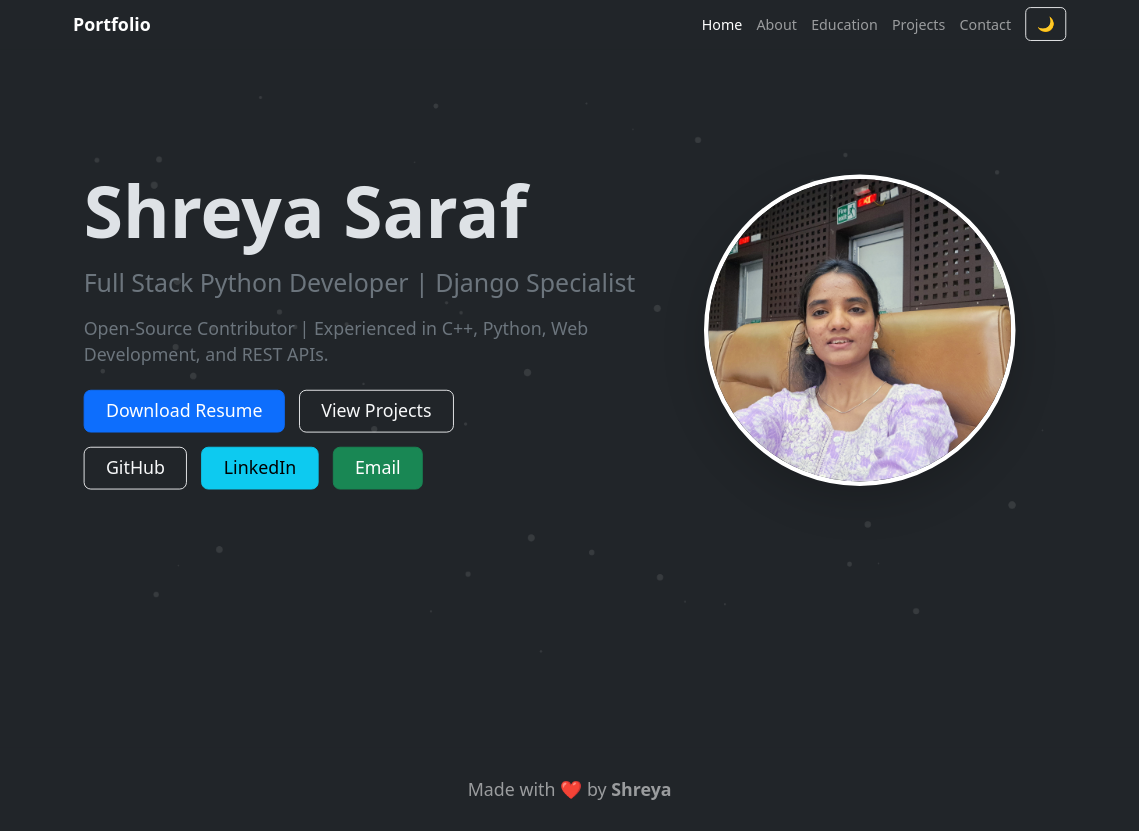
Repository: Shreyasaraf01/shreya-portfolio
Page: http://localhost/
The author's editor kept a copy of each file at every save. The page is drawn from the files as they stood at one save, then again after the next save.
The browser window is 1280 px wide. The pictures show the whole page, at 89% of full size.
The page is served by the project's application, run on Django 5.2 (manage.py). Other server files are loaded and not shown.

Above is the page before, as saved 2025-09-14 00:02:23.

### main/templates/main/index.html
{% extends "base.html" %}
{% load static %}

{% block content %}
<div class="position-relative overflow-hidden py-5" style="min-height: 90vh;">

  <!-- Animated Background -->
  <canvas id="hero-bg" class="position-absolute top-0 start-0 w-100 h-100" style="z-index:0;"></canvas>

  <div class="container position-relative" style="z-index:1;">
    <div class="row align-items-center text-center text-md-start py-5">

      <!-- Profile Info -->
      <div class="col-md-7 mb-4 mb-md-0">
        <h1 class="display-1 fw-bold mb-3" style="line-height:1.1;">
          Shreya Saraf
        </h1>
        <p class="fs-3 text-secondary mb-3">Full Stack Python Developer | Django Specialist</p>
        <p class="fs-5 text-secondary mb-4">
          Open-Source Contributor | Experienced in C++, Python, Web Development, and REST APIs.<br>
        </p>

        <!-- Call-to-action Buttons -->
        <div class="d-flex gap-3 justify-content-center justify-content-md-start mt-3">
          <a href="{% static 'files/Shreya_Saraf_Resume.pdf' %}" target="_blank" class="btn btn-primary btn-lg px-4">Download Resume</a>
          <a href="/projects/" class="btn btn-outline-light btn-lg px-4">View Projects</a>
        </div>

        <!-- Social Buttons -->
        <div class="d-flex gap-3 justify-content-center justify-content-md-start mt-3">
          <a href="https://github.com/Shreyasaraf01" target="_blank" class="btn btn-outline-light btn-lg px-4">GitHub</a>
          <a href="https://linkedin.com/in/shreya-saraf-797440257" target="_blank" class="btn btn-info btn-lg px-4">LinkedIn</a>
          <a href="mailto:shreyasaraf765@gmail.com" class="btn btn-success btn-lg px-4">Email</a>
        </div>
      </div>

      <!-- Profile Image -->
<div class="col-md-5 text-center">
  <img src="{% static 'images/profile.jpg' %}"
       alt="profile"
       class="rounded-circle shadow-lg"
       style="width:350px; height:350px; object-fit:cover; border:5px solid #fff; transition: transform 0.3s;"
       onmouseover="this.style.transform='scale(1.08)';"
       onmouseout="this.style.transform='scale(1)';">
</div>

    </div>
  </div>
</div>

<!-- Hero Background Animation Script -->
<script>
const canvas = document.getElementById('hero-bg');
const ctx = canvas.getContext('2d');
canvas.width = window.innerWidth;
canvas.height = window.innerHeight;

let circles = [];
for(let i=0;i<50;i++){
    circles.push({
        x: Math.random()*canvas.width,
        y: Math.random()*canvas.height,
        r: Math.random()*4+1,
        dx: (Math.random()-0.5)*0.5,
        dy: (Math.random()-0.5)*0.5
    });
}

function animate(){
    ctx.clearRect(0,0,canvas.width,canvas.height);
    circles.forEach(c=>{
        ctx.beginPath();
        ctx.arc(c.x,c.y,c.r,0,Math.PI*2,false);
        ctx.fillStyle = 'rgba(255,255,255,0.1)';
        ctx.fill();
        c.x += c.dx;
        c.y += c.dy;
        if(c.x<0||c.x>canvas.width) c.dx*=-1;
        if(c.y<0||c.y>canvas.height) c.dy*=-1;
    });
    requestAnimationFrame(animate);
}
animate();
</script>
{% endblock %}

### main/templates/base.html
<!DOCTYPE html>
<html lang="en" data-bs-theme="dark">
<head>
  <meta charset="UTF-8">
  <title>Portfolio</title>
  {% load static %}
  <link href="https://cdn.jsdelivr.net/npm/bootstrap@5.3.3/dist/css/bootstrap.min.css" rel="stylesheet">
  <script src="{% static 'js/theme.js' %}" defer></script>
</head>
<body>
  <!-- Navbar -->
<nav class="navbar navbar-expand-lg navbar-dark bg-dark fixed-top">
  <div class="container">
    <a class="navbar-brand fw-bold" href="/">Portfolio</a>
    <button class="navbar-toggler" type="button" data-bs-toggle="collapse" data-bs-target="#navbarNav"
            aria-controls="navbarNav" aria-expanded="false" aria-label="Toggle navigation">
      <span class="navbar-toggler-icon"></span>
    </button>
    <div class="collapse navbar-collapse" id="navbarNav">
      <ul class="navbar-nav ms-auto">
        <li class="nav-item">
          <a class="nav-link {% if request.path == '/' %}active{% endif %}" href="/">Home</a>
        </li>
        <li class="nav-item">
          <a class="nav-link {% if request.path == '/about/' %}active{% endif %}" href="/about/">About</a>
        </li>
        <li class="nav-item">
          <a class="nav-link {% if request.path == '/education/' %}active{% endif %}" href="/education/">Education</a>
        </li>
        <li class="nav-item">
          <a class="nav-link {% if request.path == '/projects/' %}active{% endif %}" href="/projects/">Projects</a>
        </li>
        <li class="nav-item">
          <a class="nav-link {% if request.path == '/contact/' %}active{% endif %}" href="/contact/">Contact</a>
        </li>
        <li class="nav-item">
          <button class="btn btn-outline-light ms-2" id="theme-toggle">🌙</button>
        </li>
      </ul>
    </div>
  </div>
</nav>


  <!-- Main Content Container -->
  <div class="container py-5 mt-5">
    {% block content %}{% endblock %}
  </div>

  <!-- Footer -->
<footer class="footer navbar navbar-dark bg-dark py-4 mt-5">
  <div class="container d-flex justify-content-center">
    <span class="navbar-text fs-5">
      Made with <span style="color:red;">❤️</span> by <strong>Shreya</strong>
    </span>
  </div>
</footer>

  <script src="https://cdn.jsdelivr.net/npm/bootstrap@5.3.3/dist/js/bootstrap.bundle.min.js"></script>
</body>
</html>

### main/views.py
from django.shortcuts import render, redirect
from django.core.mail import send_mail
from django.conf import settings
from django.contrib import messages

def index(request):
    return render(request, "main/index.html")

def about(request):
    return render(request, "main/about.html")

def education(request):
    return render(request, "main/education.html")

def projects(request):
    return render(request, "main/projects.html")

def contact(request):
    if request.method == 'POST':
        name = request.POST.get('name', '').strip()
        email = request.POST.get('email', '').strip()
        message = request.POST.get('message', '').strip()

        if name and email and message:
            full_message = f"Message from {name} ({email}):\n\n{message}"

            try:
                send_mail(
                    subject=f"New Contact Form Submission from {name}",
                    message=full_message,
                    from_email=settings.EMAIL_HOST_USER,
                    recipient_list=['shreyasaraf765@gmail.com'],
                    fail_silently=False,
                )
                messages.success(request, 'Message sent successfully!')
                return redirect('contact')  # Redirect to avoid resubmission on page refresh
            except Exception as e:
                messages.error(request, f"Error sending message: {e}")
        else:
            messages.warning(request, "Please fill in all fields.")

    return render(request, 'main/contact.html')

### shreya_portfolio/urls.py
"""
URL configuration for shreya_portfolio project.

The `urlpatterns` list routes URLs to views. For more information please see:
    https://docs.djangoproject.com/en/5.1/topics/http/urls/
Examples:
Function views
    1. Add an import:  from my_app import views
    2. Add a URL to urlpatterns:  path('', views.home, name='home')
Class-based views
    1. Add an import:  from other_app.views import Home
    2. Add a URL to urlpatterns:  path('', Home.as_view(), name='home')
Including another URLconf
    1. Import the include() function: from django.urls import include, path
    2. Add a URL to urlpatterns:  path('blog/', include('blog.urls'))
"""
from django.contrib import admin
from django.urls import path, include

urlpatterns = [
    path('admin/', admin.site.urls),
    path("", include("main.urls")),
]

### main/urls.py
from django.urls import path
from . import views

urlpatterns = [
    path("", views.index, name="home"),
    path("about/", views.about, name="about"),
    path("education/", views.education, name="education"),
    path("projects/", views.projects, name="projects"),
    path("contact/", views.contact, name="contact"),
]

### main/static/js/theme.js
document.addEventListener("DOMContentLoaded", () => {
  const toggle = document.getElementById("theme-toggle");
  if (!toggle) return;

  toggle.addEventListener("click", () => {
    const html = document.documentElement;
    const current = html.getAttribute("data-bs-theme");
    const next = current === "dark" ? "light" : "dark";
    html.setAttribute("data-bs-theme", next);
    localStorage.setItem("theme", next);
    toggle.textContent = next === "dark" ? "🌙" : "☀️";
  });

  // persist user choice
  const saved = localStorage.getItem("theme");
  if (saved) {
    document.documentElement.setAttribute("data-bs-theme", saved);
    toggle.textContent = saved === "dark" ? "🌙" : "☀️";
  }
});

After the next save:
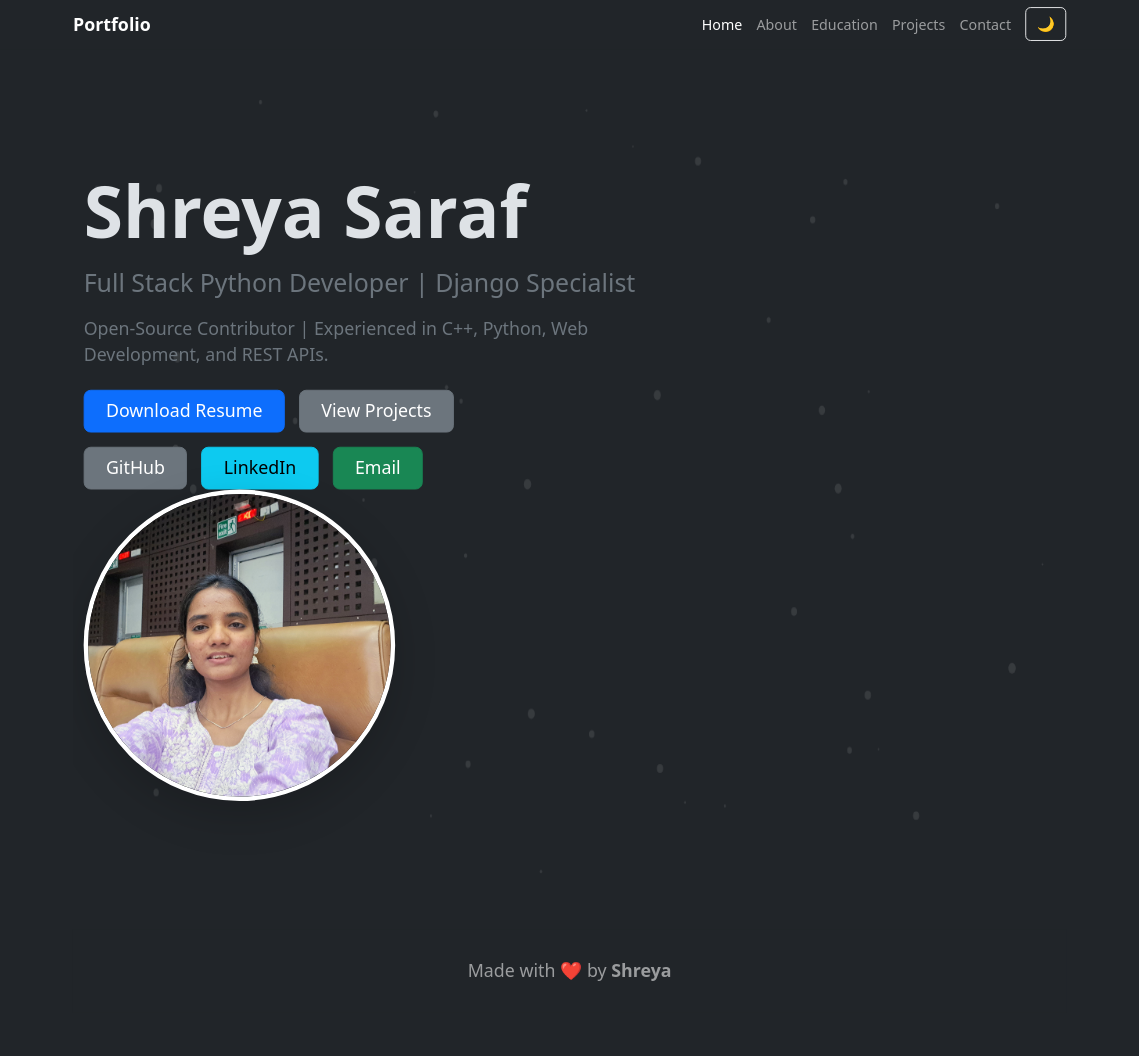
Saved 2 min 16 s later.
--- a/main/templates/main/index.html
+++ b/main/templates/main/index.html
@@ -21,18 +21,23 @@
         </p>
 
         <!-- Call-to-action Buttons -->
-        <div class="d-flex gap-3 justify-content-center justify-content-md-start mt-3">
-          <a href="{% static 'files/Shreya_Saraf_Resume.pdf' %}" target="_blank" class="btn btn-primary btn-lg px-4">Download Resume</a>
-          <a href="/projects/" class="btn btn-outline-light btn-lg px-4">View Projects</a>
-        </div>
+<div class="d-flex gap-3 justify-content-center justify-content-md-start mt-3">
+  <a href="{% static 'files/Shreya_Saraf_Resume.pdf' %}" target="_blank"
+     class="btn btn-primary btn-lg px-4">Download Resume</a>
+  <a href="/projects/"
+     class="btn btn-secondary btn-lg px-4 text-white">View Projects</a>
+</div>
 
-        <!-- Social Buttons -->
-        <div class="d-flex gap-3 justify-content-center justify-content-md-start mt-3">
-          <a href="https://github.com/Shreyasaraf01" target="_blank" class="btn btn-outline-light btn-lg px-4">GitHub</a>
-          <a href="https://linkedin.com/in/shreya-saraf-797440257" target="_blank" class="btn btn-info btn-lg px-4">LinkedIn</a>
-          <a href="mailto:shreyasaraf765@gmail.com" class="btn btn-success btn-lg px-4">Email</a>
-        </div>
-      </div>
+<!-- Social Buttons -->
+<div class="d-flex gap-3 justify-content-center justify-content-md-start mt-3">
+  <a href="https://github.com/Shreyasaraf01" target="_blank"
+     class="btn btn-secondary btn-lg px-4 text-white">GitHub</a>
+  <a href="https://linkedin.com/in/shreya-saraf-797440257" target="_blank"
+     class="btn btn-info btn-lg px-4">LinkedIn</a>
+  <a href="mailto:shreyasaraf765@gmail.com"
+     class="btn btn-success btn-lg px-4">Email</a>
+</div>
+
 
       <!-- Profile Image -->
 <div class="col-md-5 text-center">

After the save that followed:
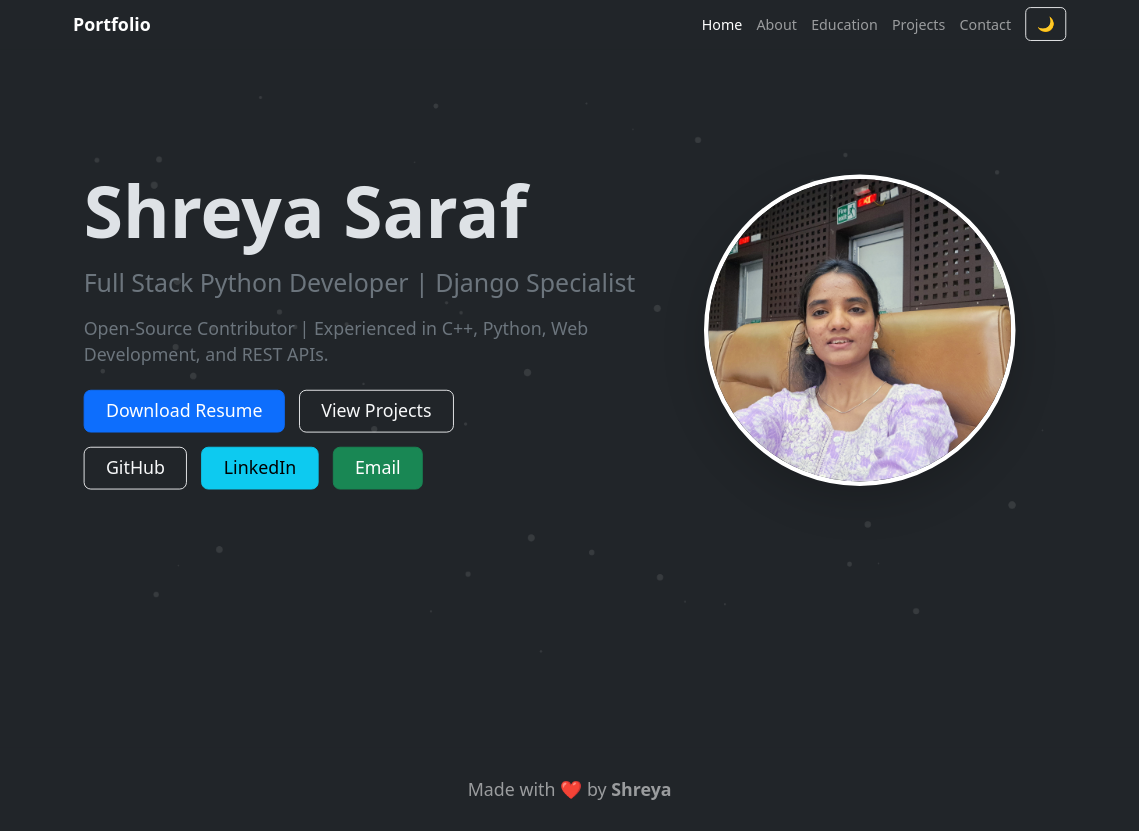
Saved 13 s later.
--- a/main/templates/main/index.html
+++ b/main/templates/main/index.html
@@ -21,23 +21,18 @@
         </p>
 
         <!-- Call-to-action Buttons -->
-<div class="d-flex gap-3 justify-content-center justify-content-md-start mt-3">
-  <a href="{% static 'files/Shreya_Saraf_Resume.pdf' %}" target="_blank"
-     class="btn btn-primary btn-lg px-4">Download Resume</a>
-  <a href="/projects/"
-     class="btn btn-secondary btn-lg px-4 text-white">View Projects</a>
-</div>
+        <div class="d-flex gap-3 justify-content-center justify-content-md-start mt-3">
+          <a href="{% static 'files/Shreya_Saraf_Resume.pdf' %}" target="_blank" class="btn btn-primary btn-lg px-4">Download Resume</a>
+          <a href="/projects/" class="btn btn-outline-light btn-lg px-4">View Projects</a>
+        </div>
 
-<!-- Social Buttons -->
-<div class="d-flex gap-3 justify-content-center justify-content-md-start mt-3">
-  <a href="https://github.com/Shreyasaraf01" target="_blank"
-     class="btn btn-secondary btn-lg px-4 text-white">GitHub</a>
-  <a href="https://linkedin.com/in/shreya-saraf-797440257" target="_blank"
-     class="btn btn-info btn-lg px-4">LinkedIn</a>
-  <a href="mailto:shreyasaraf765@gmail.com"
-     class="btn btn-success btn-lg px-4">Email</a>
-</div>
-
+        <!-- Social Buttons -->
+        <div class="d-flex gap-3 justify-content-center justify-content-md-start mt-3">
+          <a href="https://github.com/Shreyasaraf01" target="_blank" class="btn btn-outline-light btn-lg px-4">GitHub</a>
+          <a href="https://linkedin.com/in/shreya-saraf-797440257" target="_blank" class="btn btn-info btn-lg px-4">LinkedIn</a>
+          <a href="mailto:shreyasaraf765@gmail.com" class="btn btn-success btn-lg px-4">Email</a>
+        </div>
+      </div>
 
       <!-- Profile Image -->
 <div class="col-md-5 text-center">
